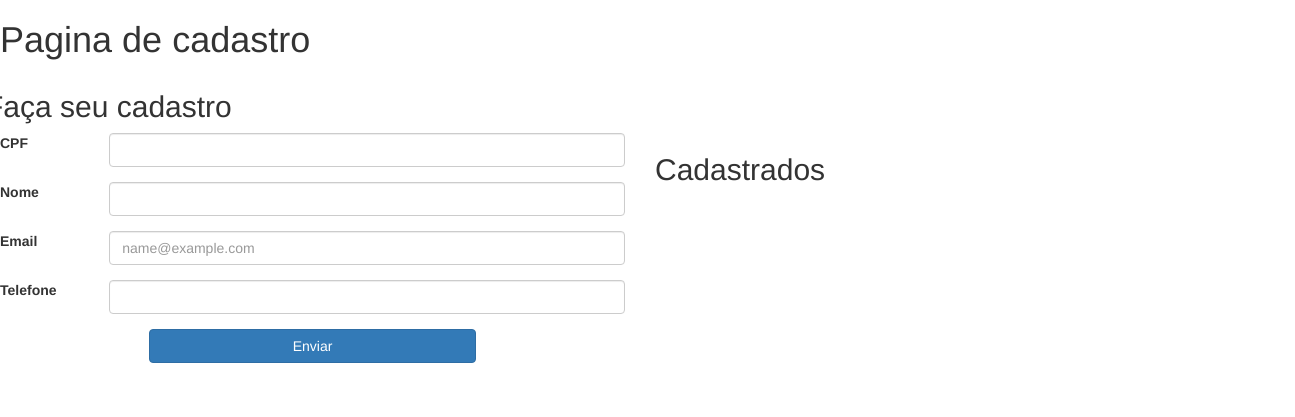
Repository: NicholasMaestrello/treinamento-impacta
Page: DesenvolvimentoJava/Modulo06/02_EmpresaRH/WebContent/trabalhe_conosco.html
An editor plug-in stored every save of this project. The page is shown before and after the next save, followed by the edit.
The browser window is 1280 px wide. The page is 1295 px wide, then 1280 px, so the pictures cover 1295 px, including what lies to the right of the window. The pictures show the whole page.
Some web libraries are served in a nearby version.

Above is the page before, as saved 2017-10-23 19:04:14.

After the next save:
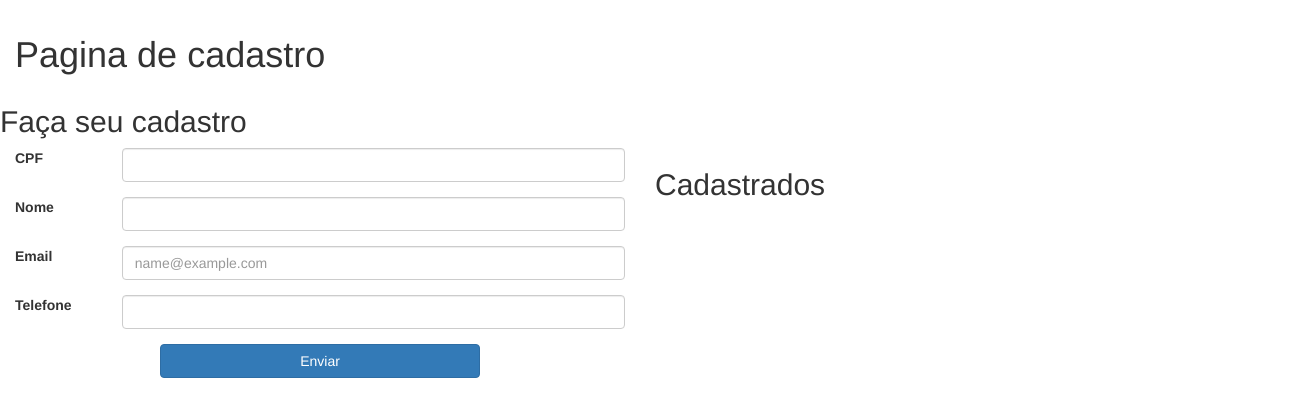
Saved 20 s later.
--- a/DesenvolvimentoJava/Modulo06/02_EmpresaRH/WebContent/css/trabalhe_conosco.css
+++ b/DesenvolvimentoJava/Modulo06/02_EmpresaRH/WebContent/css/trabalhe_conosco.css
@@ -1,5 +1,4 @@
-
-.body-content {
+body {
 	clear: both;
 	padding: 15px;
 }
